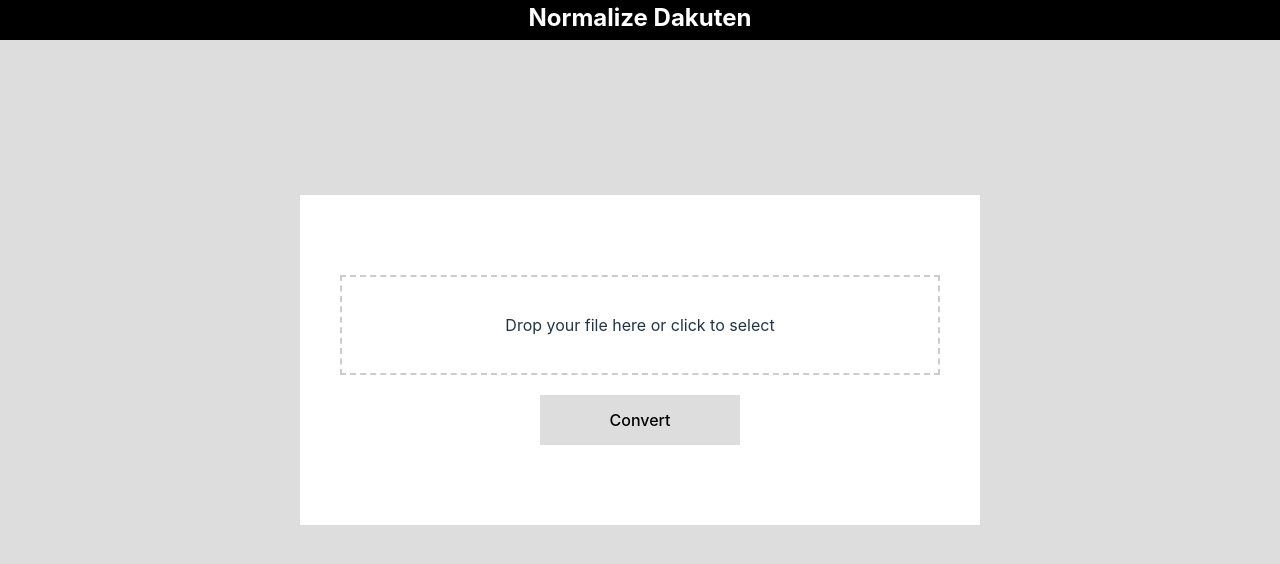
Repository: CatHandsService/normalize_dakuten
Page: / (app in front/)
The author's editor kept a copy of each file at every save. The page is drawn from the files as they stood at one save, then again after the next save.
The browser window is 1280 px wide. The pictures show the whole page.
The project was rebuilt for these pictures with package versions that can differ from the ones it lists, and the page was loaded fresh each time. Also part of the build but not shown: front/vite.config.ts.

Above is the page before, as saved 2024-01-27 17:49:31.

After the next save:
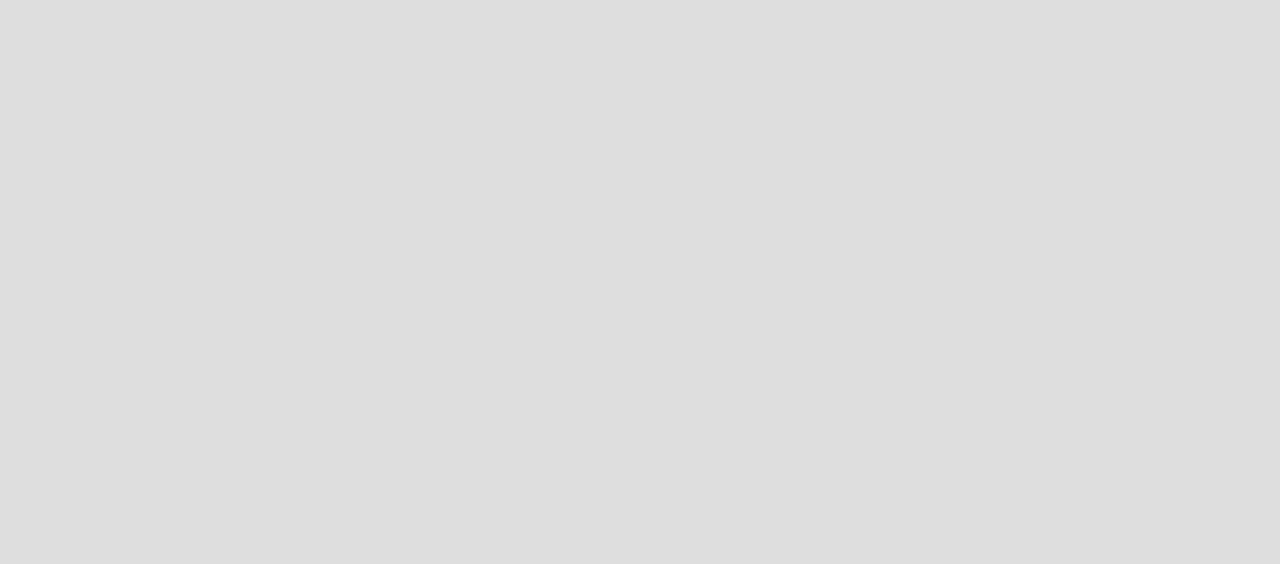
Console error: ReferenceError: handleUpload is not defined
Saved 6 min 23 s later.
--- a/front/src/components/Convert.tsx
+++ b/front/src/components/Convert.tsx
@@ -14,6 +14,7 @@
           ? 'convert valid'
           : 'convert failed'
         }
+        onClick={handleUpload}
       >
         Convert
       </button>

After the save that followed:
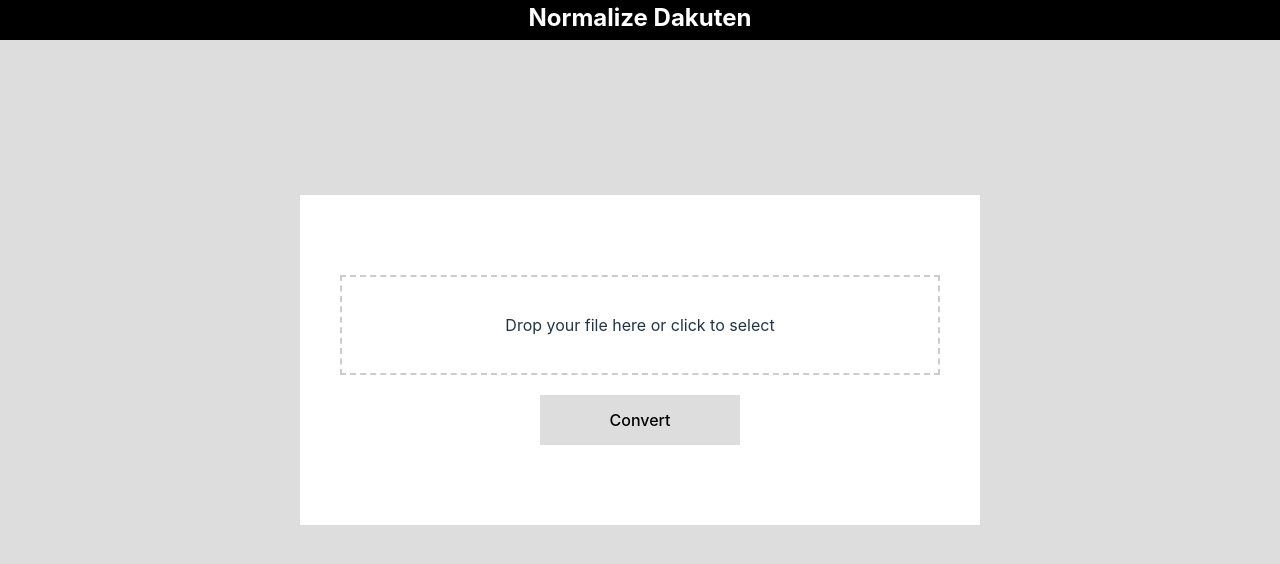
The error is gone.
Saved 16 s later.
--- a/front/src/components/Convert.tsx
+++ b/front/src/components/Convert.tsx
@@ -14,7 +14,7 @@
           ? 'convert valid'
           : 'convert failed'
         }
-        onClick={handleUpload}
+        onClick={props.handleUpload}
       >
         Convert
       </button>
